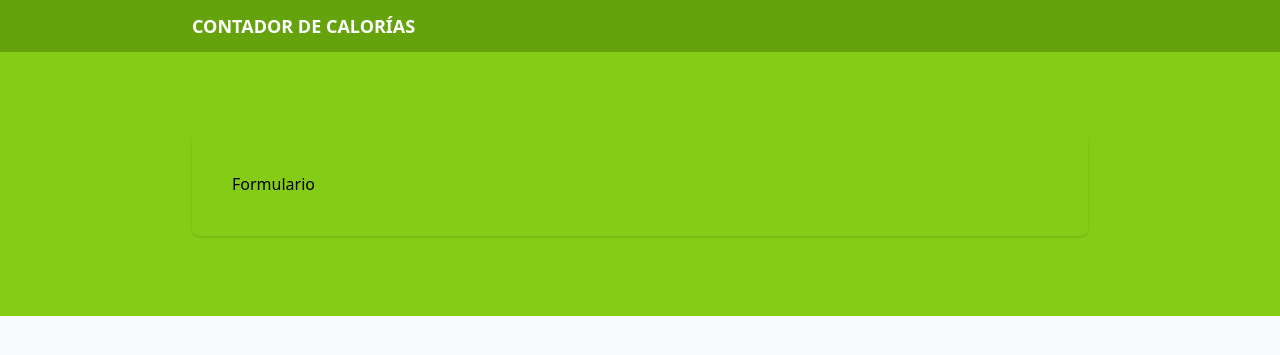
Repository: Samuel-Leal96/contador-calorias-react
Page: /
These files come from the project's save history. The page is drawn as it stood at one moment and after the next save; the edit follows.
The browser window is 1280 px wide. The pictures show the whole page.
The project was rebuilt for these pictures with package versions that can differ from the ones it lists, and the page was loaded fresh each time. Also part of the build but not shown: vite.config.ts.

Above is the page before, as saved 2025-10-25 15:43:44.

### index.html
<!doctype html>
<html lang="en">
  <head>
    <meta charset="UTF-8" />
    <link rel="icon" type="image/svg+xml" href="/vite.svg" />
    <meta name="viewport" content="width=device-width, initial-scale=1.0" />
    <title>Contador de calorias - React y typescript</title>
  </head>
  <body class="bg-gray-50">
    <div id="root"></div>
    <script type="module" src="/src/main.tsx"></script>
  </body>
</html>

### src/App.tsx
import Form from "./components/Form"


function App() {

  return (
    <>
      <header className="bg-lime-600 py-3">
        <div className="max-w-4xl mx-auto flex justify-between">
          <h1 className="text-center text-lg font-bold text-white uppercase">
            Contador de calorías
          </h1>
        </div>
      </header>


      <section className="bg-lime-500 py-20 px-5">
        <div className="max-w-4xl mx-auto">
          <Form/>
        </div>
      </section>
    </>
  )
}

export default App

### src/components/Form.tsx

export default function
() {
  return (
    <div>
        <form
          className="space-y-5 shadow p-10 rounded-lg"
        >
          <p>Formulario</p>


        </form>
    </div>
  )
}

Loaded but not shown: src/main.tsx (common file); src/index.css (common file); tailwind.config.js (common file)

After the next save:
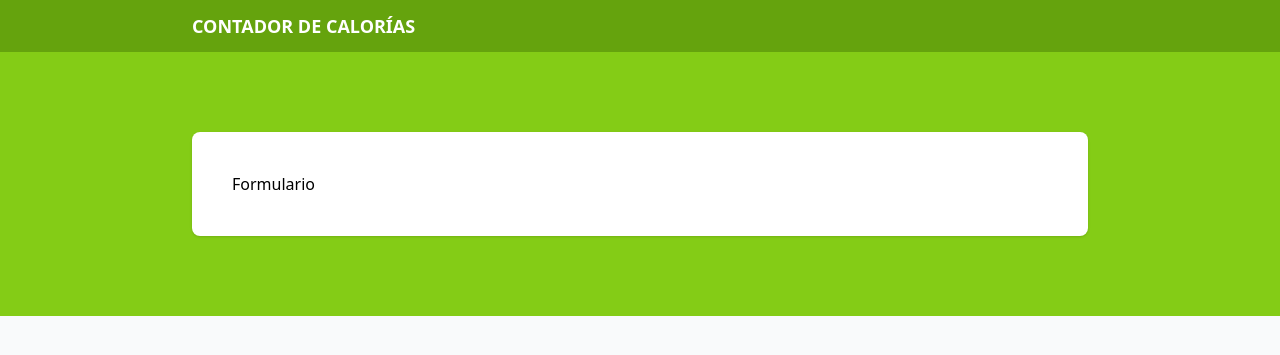
Saved 14 s later.
--- a/src/components/Form.tsx
+++ b/src/components/Form.tsx
@@ -4,7 +4,7 @@ export default function
   return (
     <div>
         <form
-          className="space-y-5 shadow p-10 rounded-lg"
+          className="space-y-5 bg-white shadow p-10 rounded-lg"
         >
           <p>Formulario</p>
 
